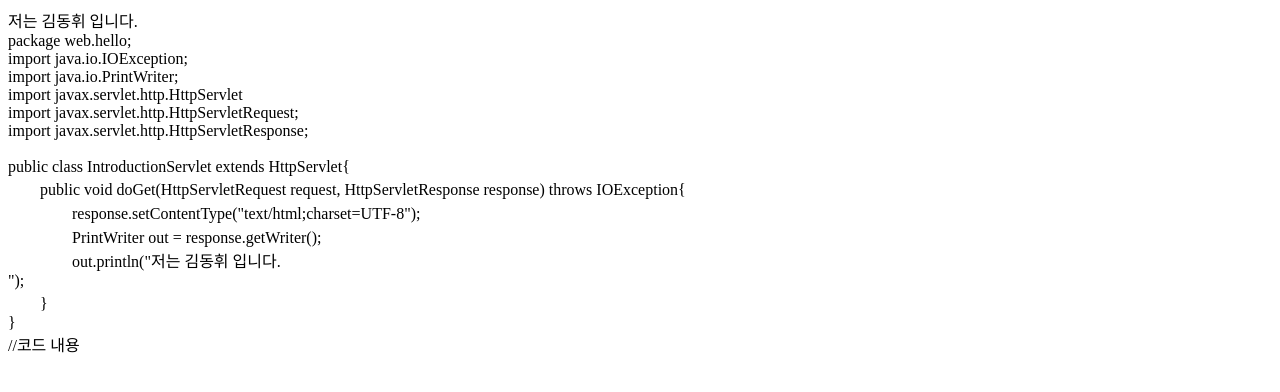
Repository: fellownew/web_workspace
Page: http://localhost/HelloworldWeb/introductionServlet
The author's editor kept a copy of each file at every save. The page is drawn from the files as they stood at one save, then again after the next save.
The browser window is 1280 px wide. The pictures show the whole page.
The page is served by Tomcat 9. Other server files are loaded and not shown.

Above is the page before, as saved 2015-03-12 08:27:07.

### HelloworldWeb/src/web/hello/IntroductionServlet.java
package web.hello;

import java.io.IOException;
import java.io.PrintWriter;

import javax.servlet.http.HttpServlet;
import javax.servlet.http.HttpServletRequest;
import javax.servlet.http.HttpServletResponse;

public class IntroductionServlet extends HttpServlet{

	public void doGet(HttpServletRequest request, HttpServletResponse response) throws IOException{
		response.setContentType("text/html;charset=UTF-8");
		PrintWriter out = response.getWriter(); //response에서 Writer를 불러와 PrintWriter를 만듬.
		out.println("저는 김동휘 입니다.<br/>");
		out.println("package web.hello;<br/>"
				+ "import java.io.IOException;<br/>"
				+ "import java.io.PrintWriter;<br/>"
				+ "import javax.servlet.http.HttpServlet<br/>"
				+ "import javax.servlet.http.HttpServletRequest;<br/>"
				+ "import javax.servlet.http.HttpServletResponse;<br/><br/>"
				+ "public class IntroductionServlet extends HttpServlet{<br/>"
				+ "　　public void doGet(HttpServletRequest request, HttpServletResponse response) throws IOException{<br/>"
				+ "　　　　response.setContentType(\"text/html;charset=UTF-8\");<br/>"
				+ "　　　　PrintWriter out = response.getWriter();<br/>"
				+ "　　　　out.println(\"저는 김동휘 입니다.<br/>\");<br/>"
				+ "　　}<br/>"
				+ "}<br/>"
				+ "//코드 내용");

	}

}

After the next save:
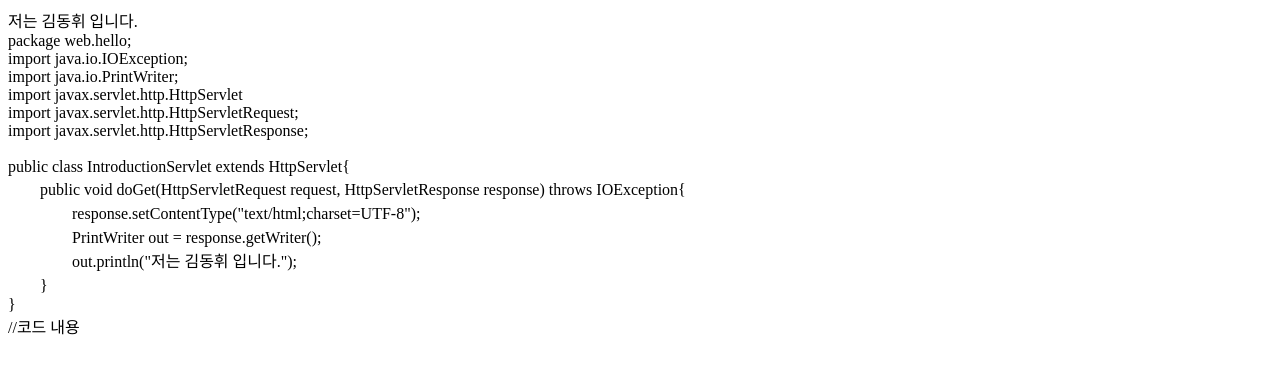
Saved 28 s later.
--- a/HelloworldWeb/src/web/hello/IntroductionServlet.java
+++ b/HelloworldWeb/src/web/hello/IntroductionServlet.java
@@ -23,7 +23,7 @@ public class IntroductionServlet extends HttpServlet{
 				+ "　　public void doGet(HttpServletRequest request, HttpServletResponse response) throws IOException{<br/>"
 				+ "　　　　response.setContentType(\"text/html;charset=UTF-8\");<br/>"
 				+ "　　　　PrintWriter out = response.getWriter();<br/>"
-				+ "　　　　out.println(\"저는 김동휘 입니다.<br/>\");<br/>"
+				+ "　　　　out.println(\"저는 김동휘 입니다.\");<br/>"
 				+ "　　}<br/>"
 				+ "}<br/>"
 				+ "//코드 내용");
